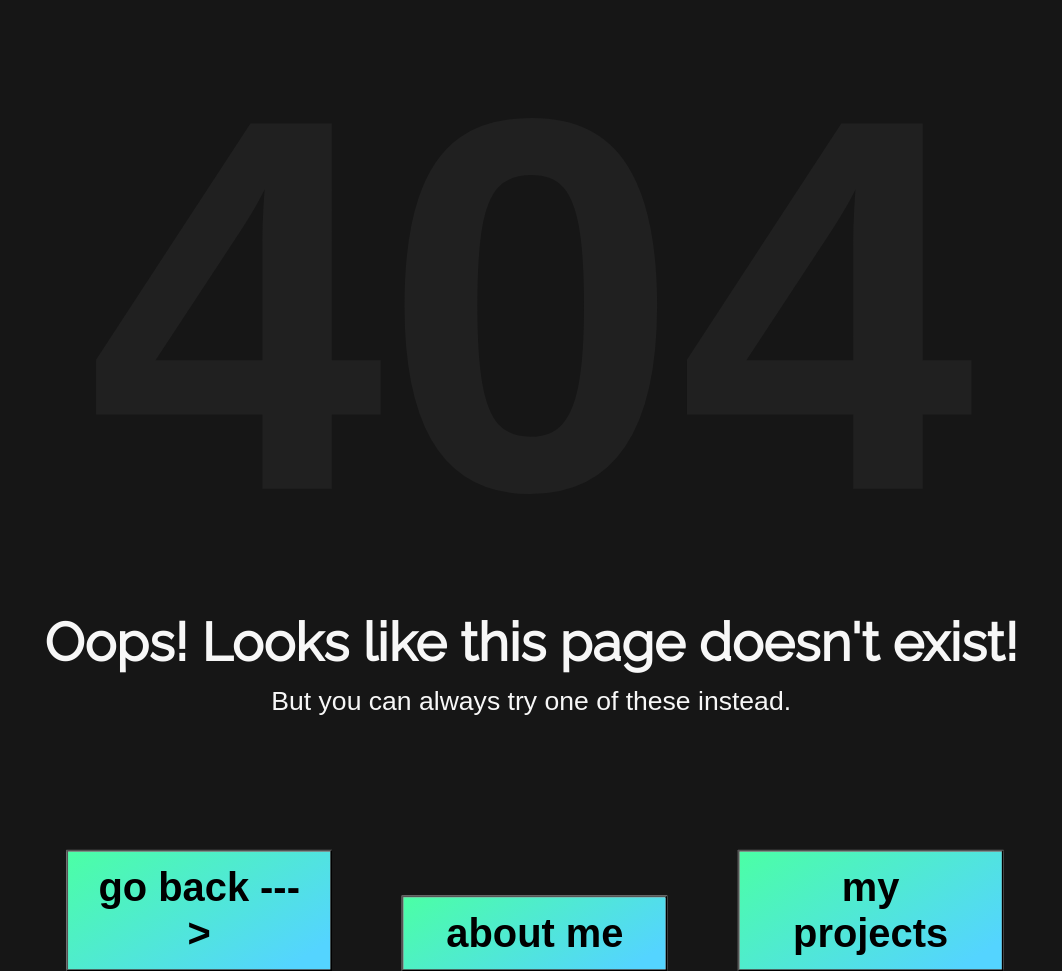
Repository: TeeJaysDev/Portfolio
Page: 404.html
An editor plug-in stored every save of this project. The page is shown before and after the next save, followed by the edit.
The browser window is 1280 px wide. The pictures show the whole page, at 83% of full size.

Above is the page before, as saved 2021-08-26 22:07:01.

After the next save:
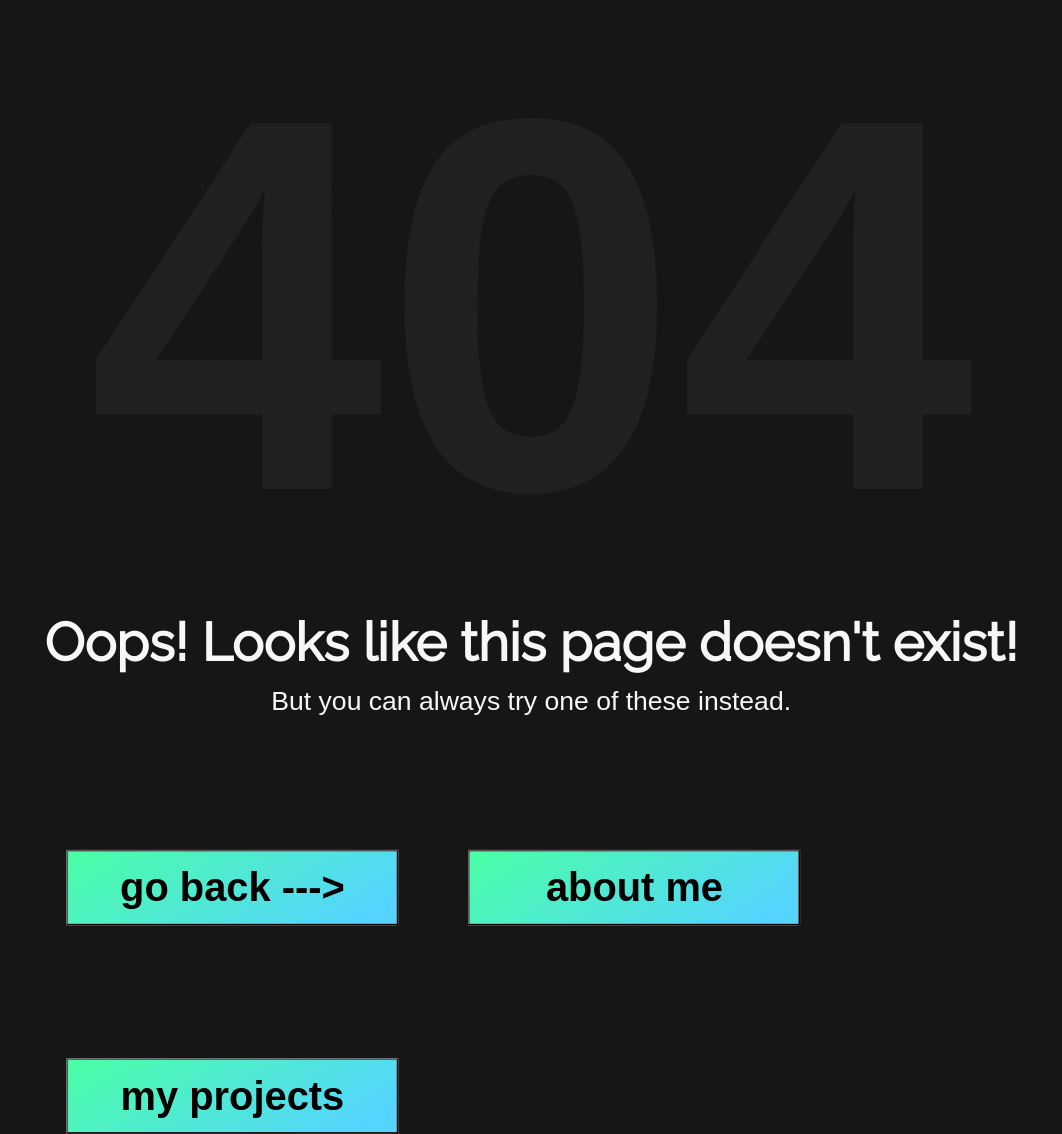
Saved 2 min 47 s later.
--- a/404.css
+++ b/404.css
@@ -49,7 +49,7 @@ button a {
 
 button {
     padding: 1rem 2rem 1rem 2rem;
-    width: 20rem;
+    width: 25rem;
     font-weight: bold;
     text-align: center;
     margin-left: 5rem;
